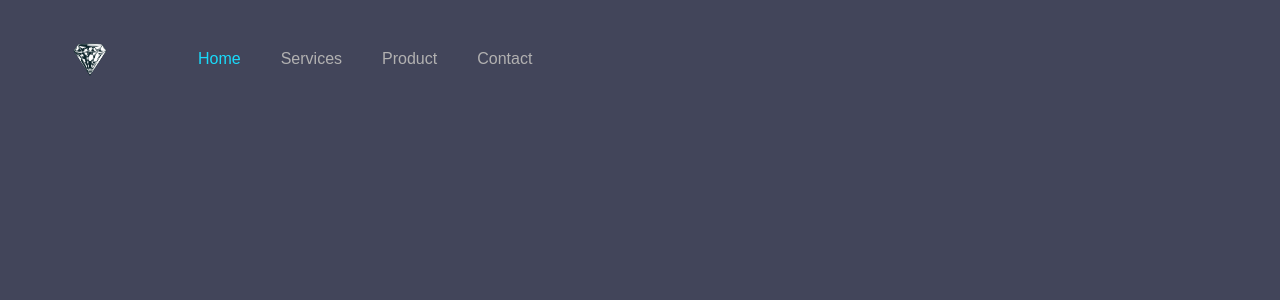
Repository: Aakarshit-Sharma19/Basic-HTML-and-CSS-Page-
Page: index.html
The author's editor kept a copy of each file at every save. The page is drawn from the files as they stood at one save, then again after the next save.
The browser window is 1280 px wide. The pictures show the whole page.

Above is the page before, as saved 2020-11-10 15:03:03.

### index.html
<!DOCTYPE html>
<html lang="en">

<head>
    <title>Crypto Currency Web App - Easy Tutorials</title>
    <link rel="stylesheet" href="style.css">
</head>

<body>
    <div class="container">
        <div class="menu">
            <ul>
                <li class="logo"><img src="1349.png" alt="diamond"></li>
                <li class="active">Home</li>
                <li>Services</li>
                <li>Product</li>
                <li>Contact</li>
            </ul>
        </div>
    </div>
</body>

</html>

### style.css
* {
    margin: 0;
    padding: 0;
    font-family: sans-serif;
}

body{
    background: #42455a;
}
.container{
    width: 100%;
    height: 100%;
}

.menu ul{
    display: inline-flex;
    margin: 50px;
}

.menu ul li{
    list-style: none;
    margin: 0 20px;
    color: #b2b1b1;
    cursor: pointer;
}

.logo img{
    width: 40px;
    margin-top: -12px;
    margin-right: 48px;
}

.active{
    color: #19dafa!important;
}

After the next save:
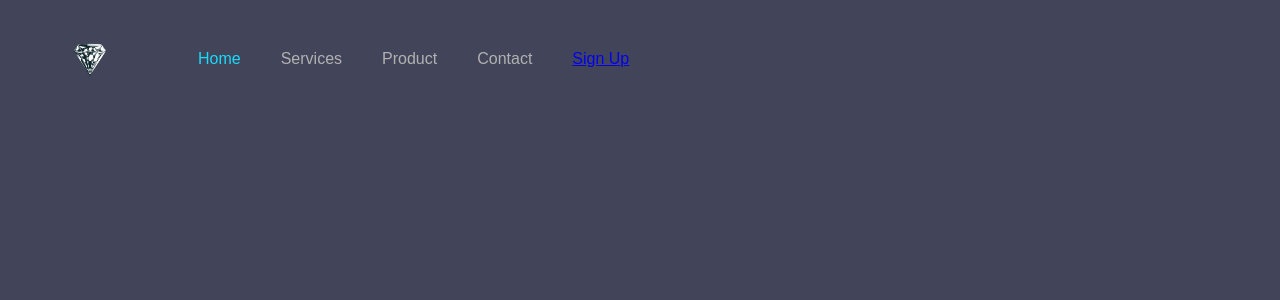
Saved 70 s later.
--- a/index.html
+++ b/index.html
@@ -15,6 +15,7 @@
                 <li>Services</li>
                 <li>Product</li>
                 <li>Contact</li>
+                <li><a href="#" class="signup-btn">Sign Up</a></li>
             </ul>
         </div>
     </div>
